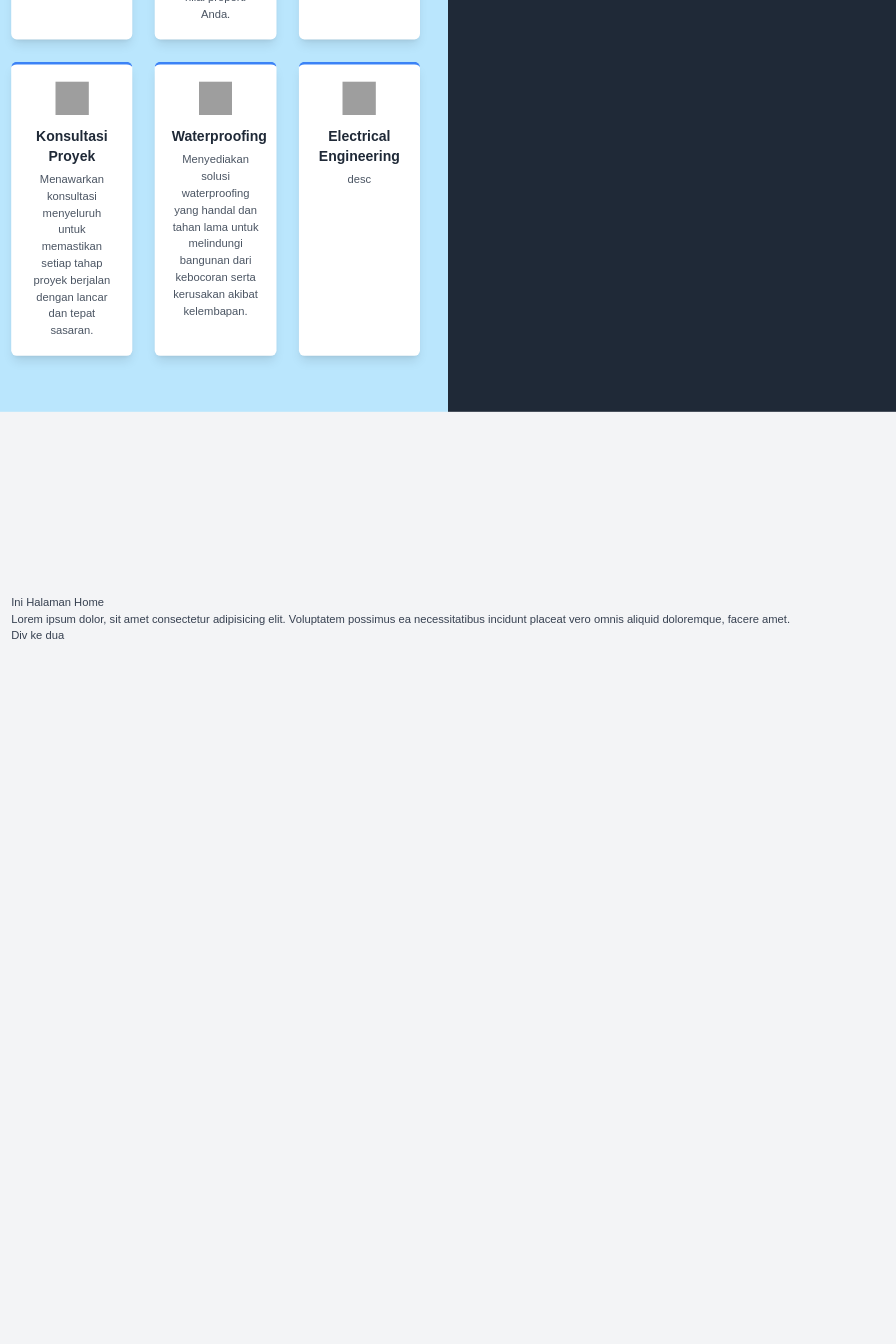
Repository: PrasBaldin/next-mulse
Page: /
These files come from the project's save history. The page is drawn as it stood at one moment and after a run of saves; the edit follows.
The browser window is 1280 px wide. The pictures show the part of the page from y = 2435 to 4355 px (the page is 4893 px tall before and 4917 px after), at 70% of full size.
Pictures or frames that could not be fetched are drawn as grey boxes. The project was rebuilt for these pictures with package versions that can differ from the ones it lists, and the page was loaded fresh each time. The framework's server and built-in components were replaced by stand-ins that run in the browser. Also part of the build but not shown: next.config.ts.

Above is the page before, as saved 2025-02-23 14:49:25.

After the next 2 saves:
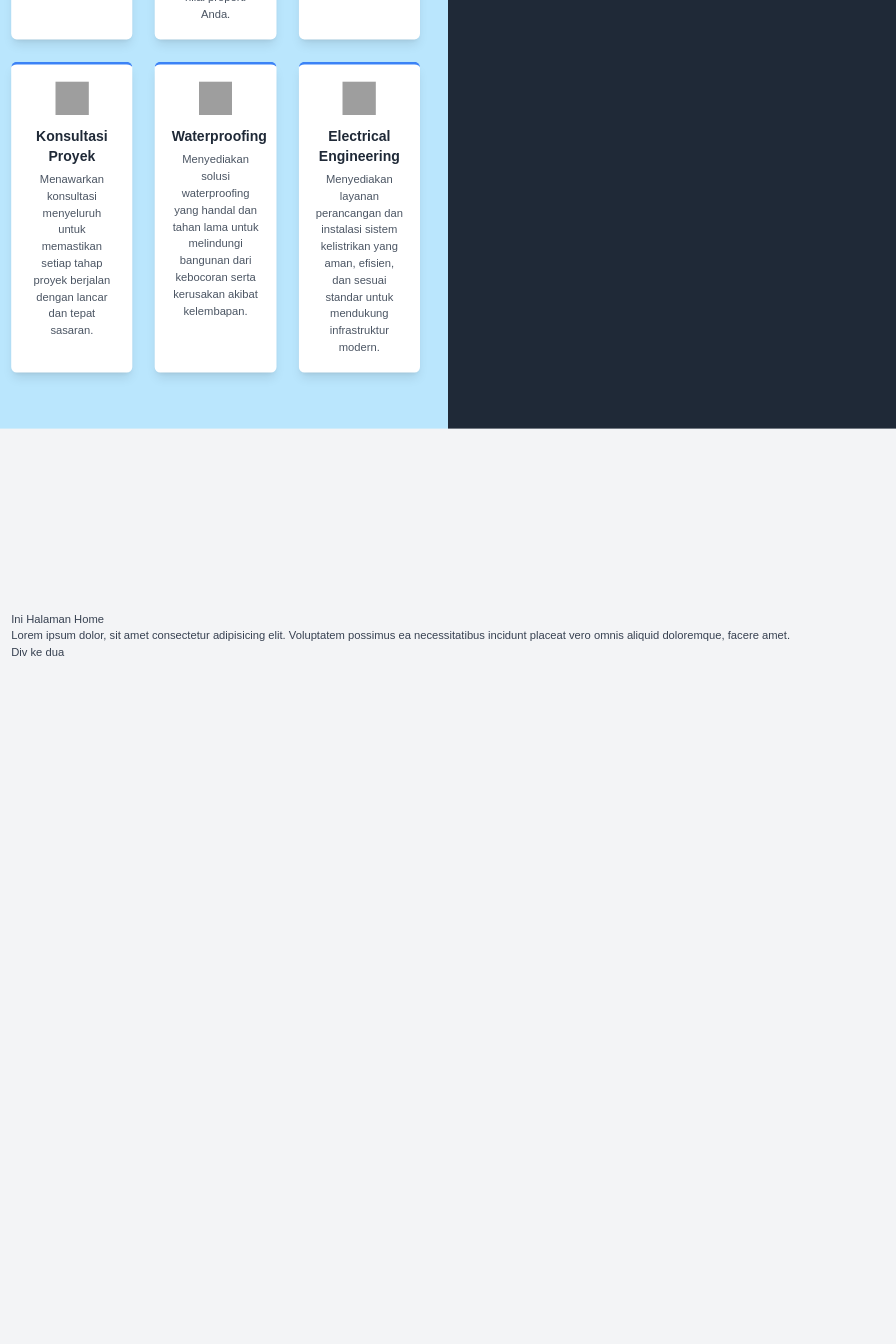
The 2 saves are shown as one change because they came seconds apart.
The last was saved 13 s later.
--- a/app/services/page.tsx
+++ b/app/services/page.tsx
@@ -75,7 +75,7 @@ const ServicesPage = () => {
                                         Electrical Engineering
                                     </h3>
                                     <p className="text-gray-600 dark:text-gray-300 text-center">
-                                        desc
+                                        Menyediakan layanan perancangan dan instalasi sistem kelistrikan yang aman, efisien, dan sesuai standar untuk mendukung infrastruktur modern.
                                     </p>
                                 </div>
                             </div>
